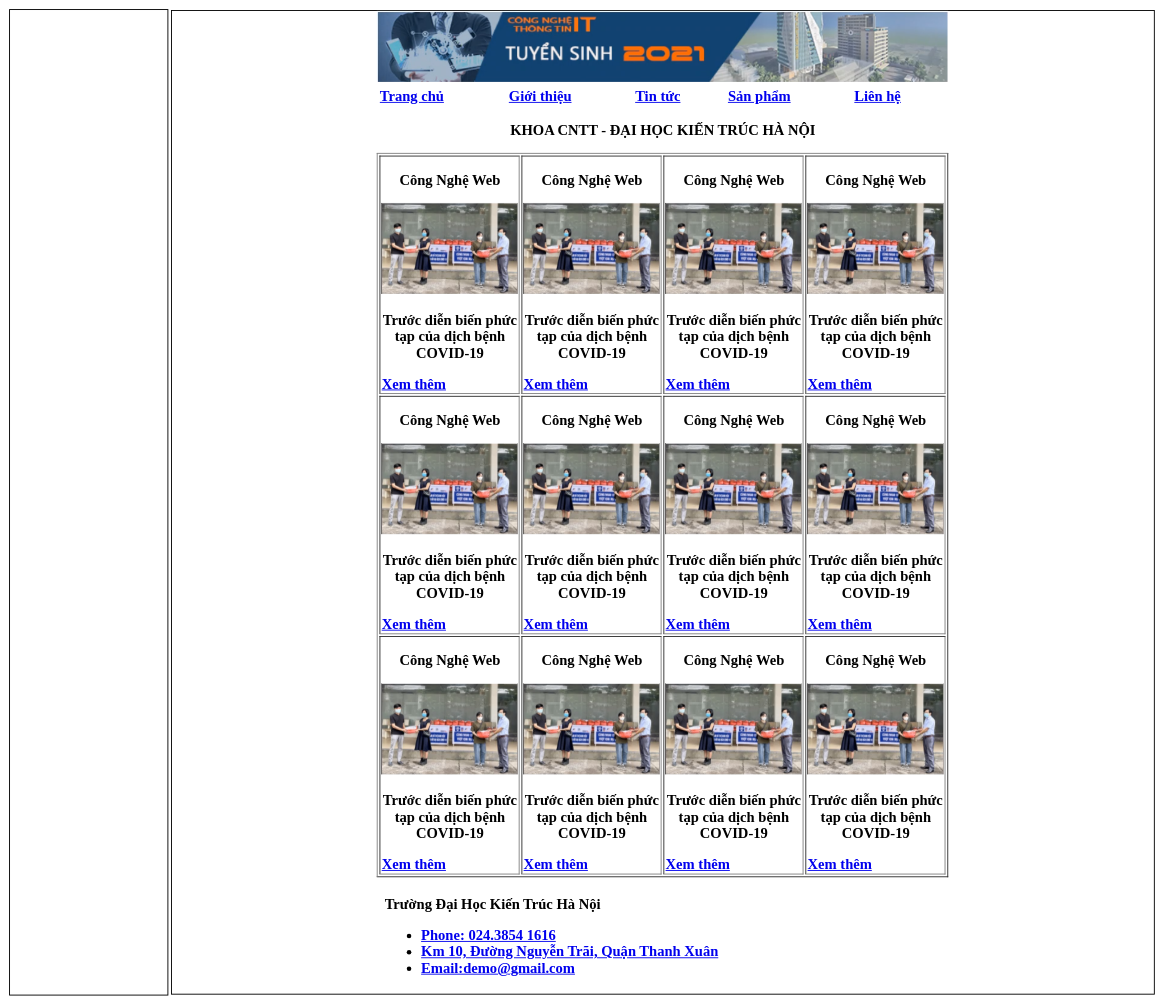
Repository: longtn213/Frond_end_HTML-CSS
Page: Front-End/Demohtml/baitapbuoi2.html
An editor plug-in stored every save of this project. The page is shown before and after the next save, followed by the edit.
The browser window is 1280 px wide. The pictures show the whole page, at 91% of full size.

Above is the page before, as saved 2021-09-09 14:56:46.

After the next save:
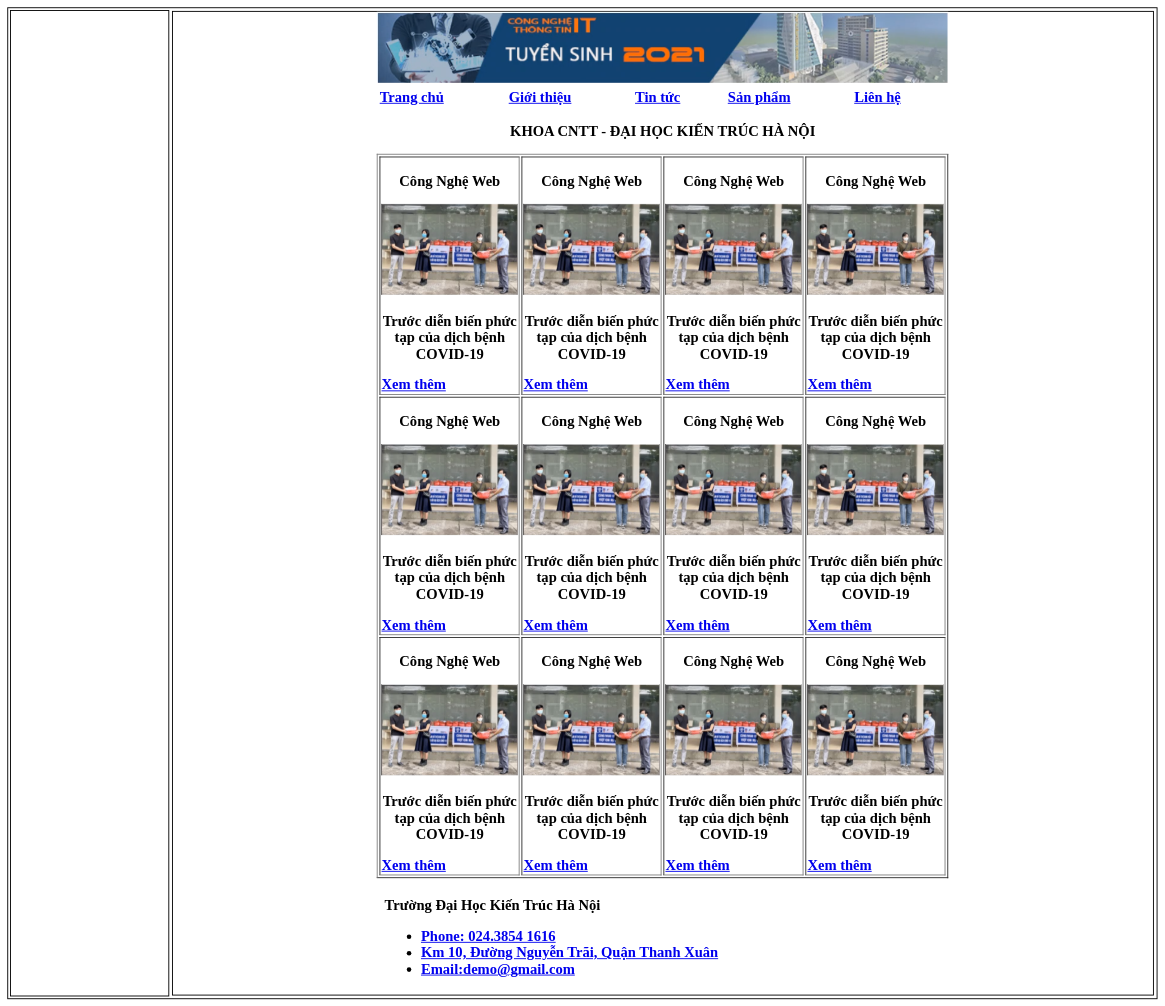
Saved 45 s later.
--- a/Front-End/Demohtml/baitapbuoi2.html
+++ b/Front-End/Demohtml/baitapbuoi2.html
@@ -13,7 +13,7 @@
 </head>
 
 <body>
-	<table style="width: 100%;">
+	<table style="width: 100%; border:1px solid black;">
 		<tr style="border: 1px solid #000;">
 			<th style="border: 1px solid #000; padding:50px;"></th>
 			<th>
